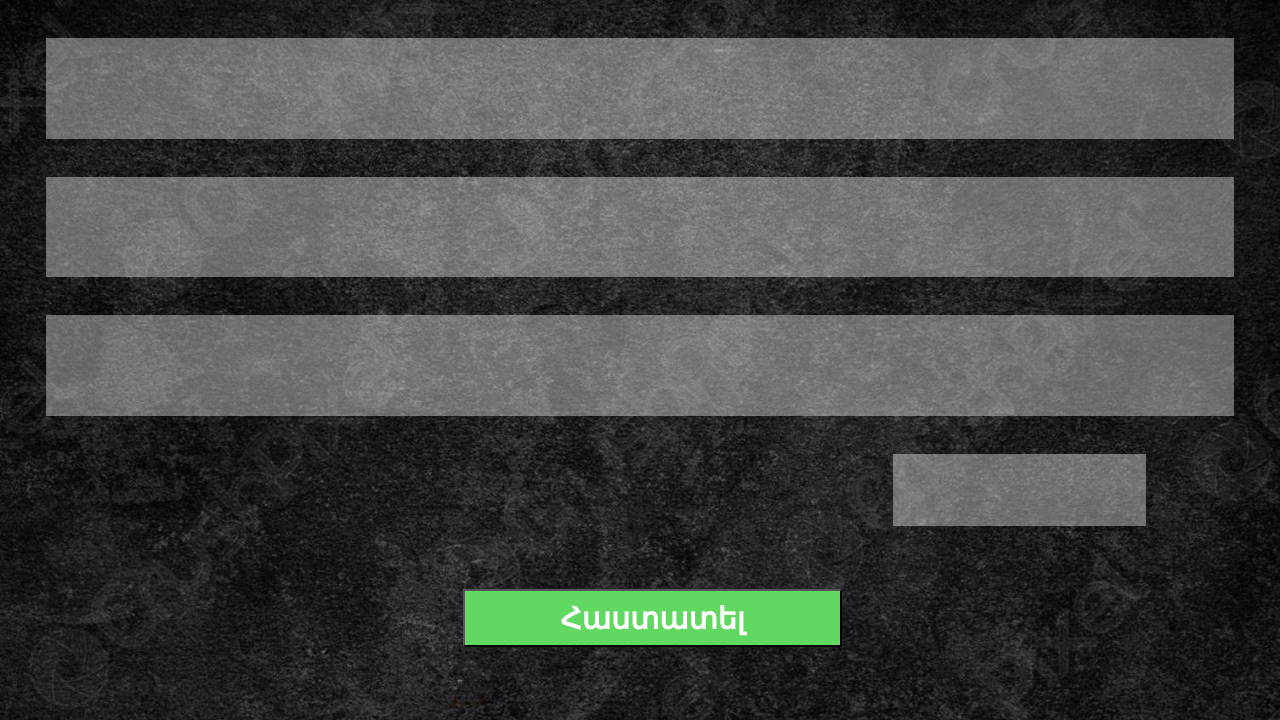
Repository: NarekTovmasyan/PizzaManue
Page: public/basket.html
An editor plug-in stored every save of this project. The page is shown before and after the next save, followed by the edit.
The browser window is 1280 px wide. The pictures show the whole page.

Above is the page before, as saved 2022-01-20 13:51:44.

### public/basket.html
<!DOCTYPE html>
<html lang="en">
<head>
    <meta charset="UTF-8">
    <meta http-equiv="X-UA-Compatible" content="IE=edge">
    <meta name="viewport" content="width=device-width, initial-scale=1.0">
    <link rel="stylesheet" href="basket.css">
    <title>BASKET</title>

</head>
<body>
    <div class= "main">
        <div class ="prop">
            <div></div>
            <div></div>
            <div></div>
            <div></div>
            <div></div>
            <div></div>
         </div>
        <div class ="prop">
            <div></div>
            <div></div>
            <div></div>
            <div></div>
            <div></div>
            <div></div>
        </div>
        <div class ="prop">
            <div></div>
            <div></div>
            <div></div>
            <div></div>
            <div></div>
            <div></div>
        </div>
        <div class ="sum"></div>
         <button class = "confirm">Հաստատել</button>
    </div>
</body>
</html>

### public/basket.css
body {
    background-image: url(./images/background.jpg);
    background-repeat: no-repeat;
    background-size: cover;
  }
 .main{
      width: 100%;
      height: 80vh;
}
.prop{
  background-color: rgba(255, 255, 255, 0.377) ;
  color: grey;
  width: 94%;
  height: 14vh;
  margin-top: 3%;
  margin-left: 3%;
}
.sum{
    background-color: rgba(255, 255, 255, 0.377) ;
    width: 20%;
    height: 10vh;
    margin-top: 3%;
    margin-left: 70%;
}

.confirm{
    background-color:rgb(97, 216, 97);
    height: 8vh;
    width: 30%;
    text-align:center;
    font-size: 30px;
    font-weight: 700;
    margin-left:36%;
    margin-top: 5%;
    color:white;
    cursor: pointer;
}
.button:hover {
    background-color: rgb(216, 250, 216);
    color: black
  }

After the next save:
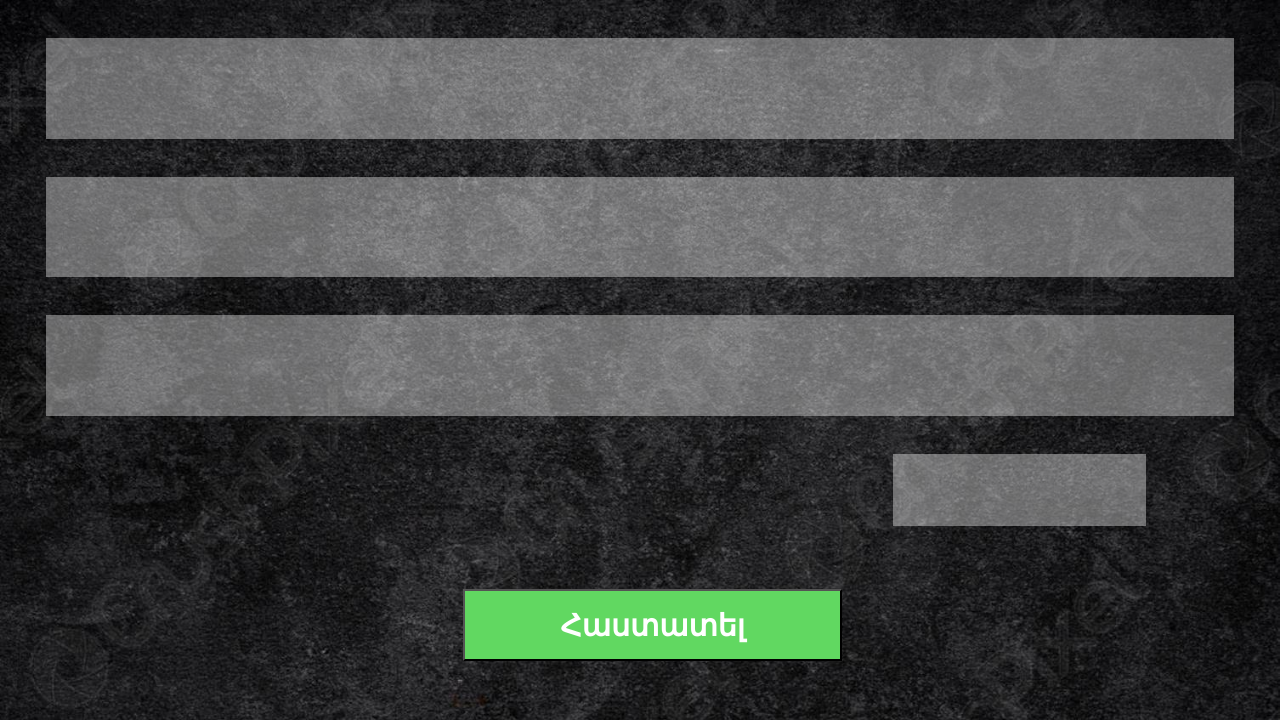
Saved 30 s later.
--- a/public/basket.css
+++ b/public/basket.css
@@ -25,7 +25,7 @@
 
 .confirm{
     background-color:rgb(97, 216, 97);
-    height: 8vh;
+    height: 10vh;
     width: 30%;
     text-align:center;
     font-size: 30px;
